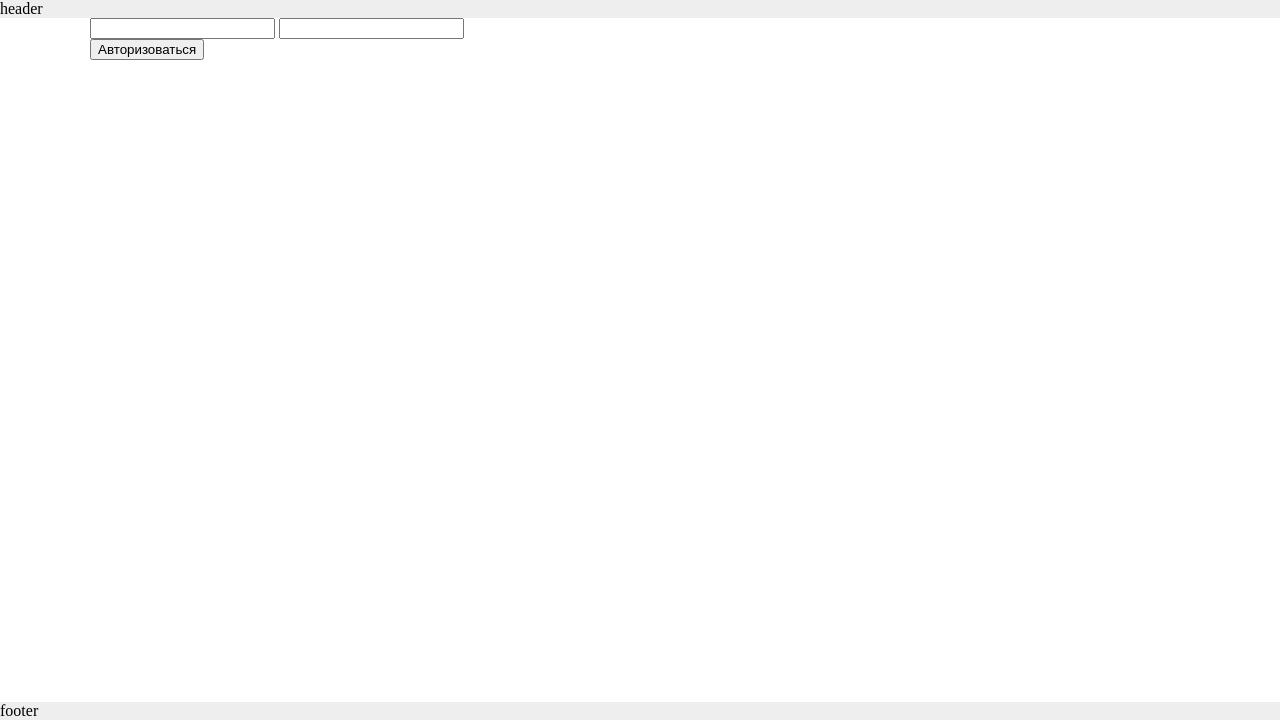
Repository: slep0y/fakeAuth
Page: index.html
These files come from the project's save history. The page is drawn as it stood at one moment and after the next save; the edit follows.
The browser window is 1280 px wide. The pictures show the whole page.
The style sheet was rebuilt from its Sass, Less or Tailwind sources for each picture, by a compiler version that may differ from the author's.

Above is the page before, as saved 2025-01-19 12:40:12.

### index.html
<!DOCTYPE html>
<html lang="ru">
<head>
    <meta charset="UTF-8">
    <meta name="viewport" content="width=device-width, initial-scale=1.0">
    <!-- <link rel="stylesheet" href="./styles/special-style.css"> -->
    <link rel="stylesheet" href="/styles/style.css">
    <title>Document</title>
</head>
<body class="page">
    <header class="header">header</header>
    <main class="main">
        <section class="auth-section">
            <div class="container">
                <div class="auth-section__inner">
                    <form action="*" class="auth-form">
                        <div class="fieldgroup">
                            <input type="text" class="input">
                            <input type="text" class="input">
                        </div>
                        <div class="controls">
                            <button class="button">Авторизоваться</button>
                        </div>
                    </form>
                </div>
            </div>
        </section>
    </main>
    <footer class="footer">footer</footer>

    <script src="./js/script.js"></script>
</body>
</html>

### styles/style.scss
@import "_base.scss";
@import "blocks/page/_page.scss";
@import "blocks/container/_container.scss";
@import "blocks/main/_main.scss";
@import "blocks/header/_header.scss";
@import "blocks/footer/_footer.scss";

### styles/_base.scss
:root{
    --segoe:'Segoe UI', Tahoma, Geneva, Verdana, sans-serif;
}
body, html {
    margin: 0;
    padding: 0;
    height: 100%;
}
*, *::after, *::before {
    box-sizing: border-box;
}

### styles/blocks/page/_page.scss
.page{
    display: grid;
    grid-auto-rows: min-content auto min-content;
}

### styles/blocks/container/_container.scss
.container {
    width: 100%;
    margin-inline: auto;
    max-width: 1140px;
    padding-inline: 20px;
}

### styles/blocks/main/_main.scss
.main{

}

### styles/blocks/header/_header.scss
.header{
    background-color: #eee;
}

### styles/blocks/footer/_footer.scss
.footer{
    background-color: #eee;
}

Loaded but not shown: js/script.js (no stored copy; drawn as an empty file)

After the next save:
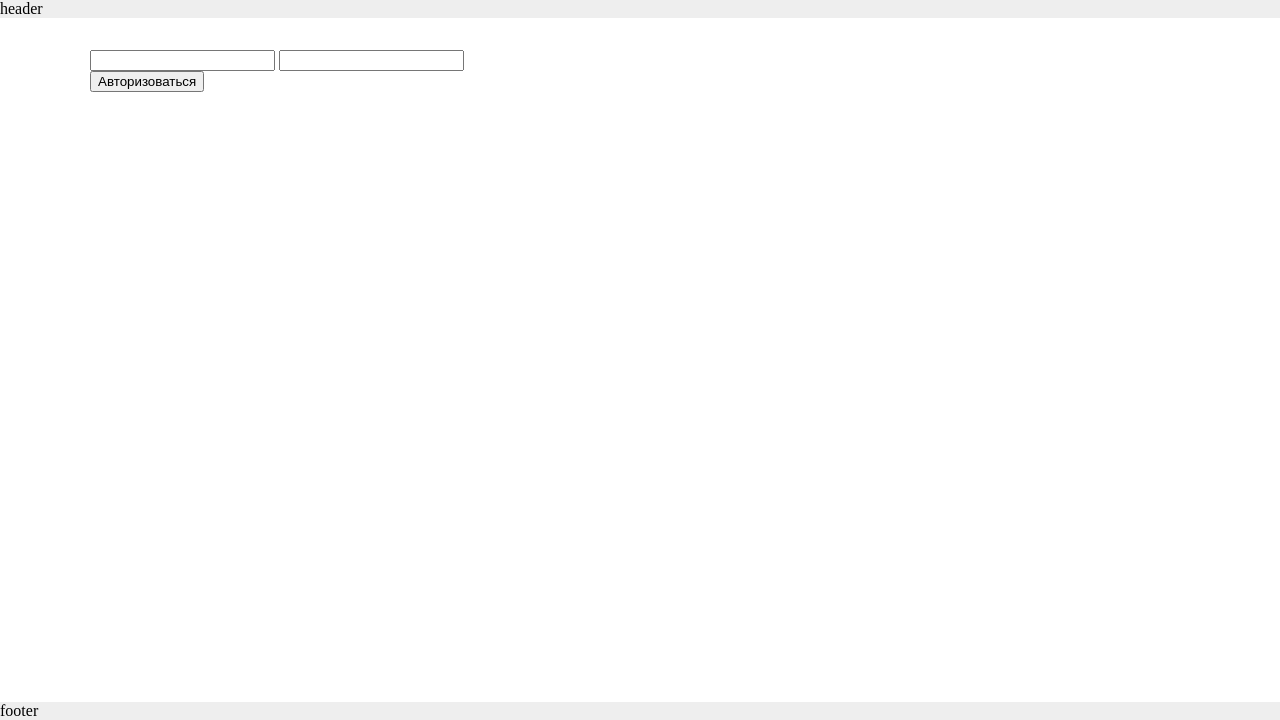
Saved 38 s later.
--- a/styles/_base.scss
+++ b/styles/_base.scss
@@ -9,3 +9,6 @@ body, html {
 *, *::after, *::before {
     box-sizing: border-box;
 }
+section{
+    padding-block: 2rem;
+}
